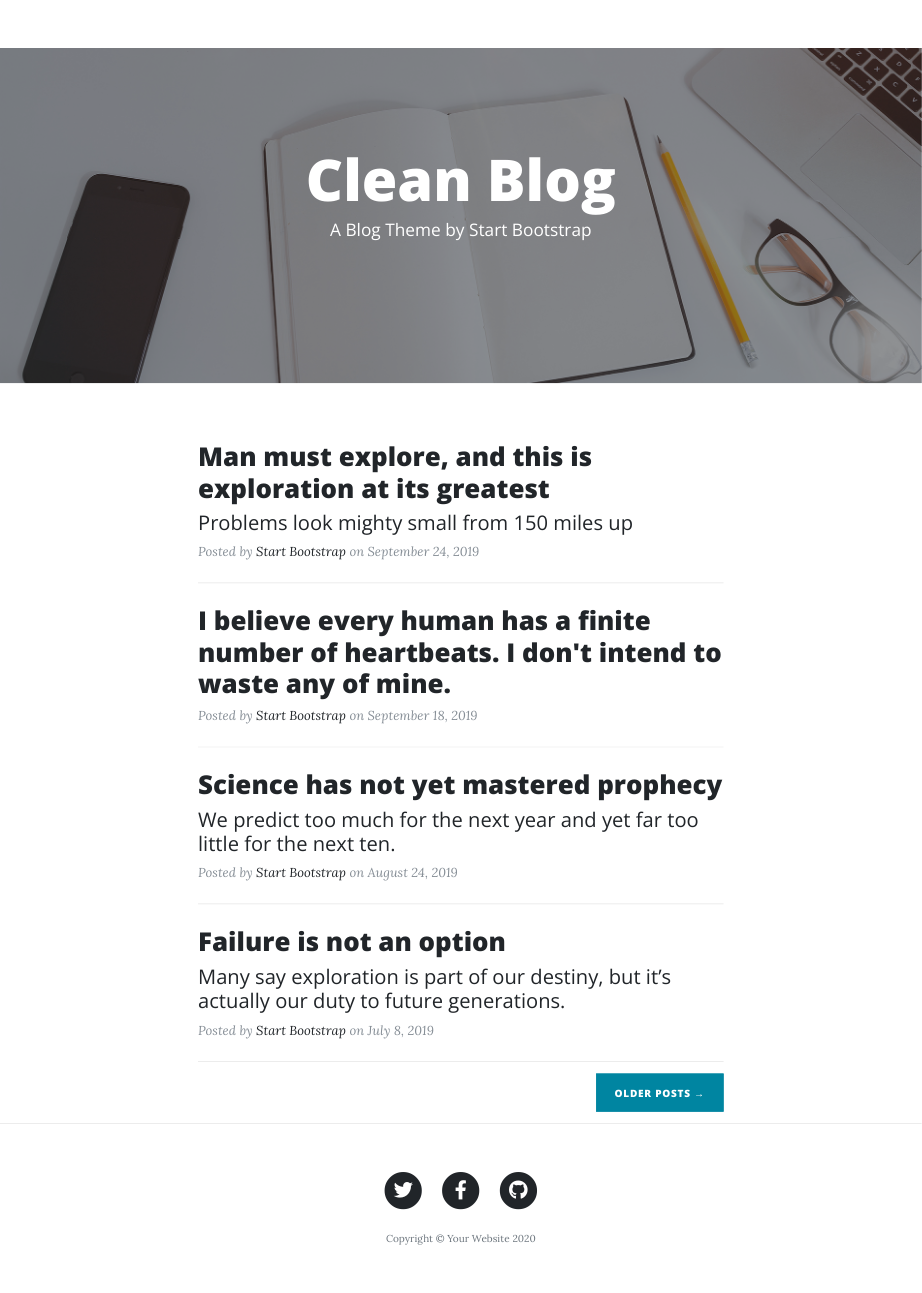
Repository: elvinyeka/elvin-blog
Page: http://localhost/
The author's editor kept a copy of each file at every save. The page is drawn from the files as they stood at one save, then again after the next save.
The browser window is 1280 px wide. The pictures show the whole page, at 72% of full size.
The page is served by the project's application, run on Flask 3 (CLEANBLOG/__init__.py). Other server files are loaded and not shown.

Above is the page before, as saved 2020-10-18 00:39:19.

### CLEANBLOG/templates/index.html
{% extends 'base.html' %} {% block content%}

<!-- Page Header -->
<header class="masthead" style="background-image: url('{{url_for('static', filename = 'img/home-bg.jpg')}}')">
    <div class="overlay"></div>
    <div class="container">
        <div class="row">
            <div class="col-lg-8 col-md-10 mx-auto">
                <div class="site-heading">
                    <h1>Clean Blog</h1>
                    <span class="subheading">A Blog Theme by Start Bootstrap</span>
                </div>
            </div>
        </div>
    </div>
</header>

<!-- Main Content -->
<div class="container">
    <div class="row">
        <div class="col-lg-8 col-md-10 mx-auto">
            <div class="post-preview">
                <a href="post.html">
                    <h2 class="post-title">
                        Man must explore, and this is exploration at its greatest
                    </h2>
                    <h3 class="post-subtitle">
                        Problems look mighty small from 150 miles up
                    </h3>
                </a>
                <p class="post-meta">Posted by
                    <a href="#">Start Bootstrap</a> on September 24, 2019</p>
            </div>
            <hr>
            <div class="post-preview">
                <a href="post.html">
                    <h2 class="post-title">
                        I believe every human has a finite number of heartbeats. I don't intend to waste any of mine.
                    </h2>
                </a>
                <p class="post-meta">Posted by
                    <a href="#">Start Bootstrap</a> on September 18, 2019</p>
            </div>
            <hr>
            <div class="post-preview">
                <a href="post.html">
                    <h2 class="post-title">
                        Science has not yet mastered prophecy
                    </h2>
                    <h3 class="post-subtitle">
                        We predict too much for the next year and yet far too little for the next ten.
                    </h3>
                </a>
                <p class="post-meta">Posted by
                    <a href="#">Start Bootstrap</a> on August 24, 2019</p>
            </div>
            <hr>
            <div class="post-preview">
                <a href="post.html">
                    <h2 class="post-title">
                        Failure is not an option
                    </h2>
                    <h3 class="post-subtitle">
                        Many say exploration is part of our destiny, but it’s actually our duty to future generations.
                    </h3>
                </a>
                <p class="post-meta">Posted by
                    <a href="#">Start Bootstrap</a> on July 8, 2019</p>
            </div>
            <hr>
            <!-- Pager -->
            <div class="clearfix">
                <a class="btn btn-primary float-right" href="#">Older Posts &rarr;</a>
            </div>
        </div>
    </div>
</div>

<hr> {% endblock%}

### CLEANBLOG/templates/base.html
<!DOCTYPE html>
<html lang="en">

<head>

    <meta charset="utf-8">
    <meta name="viewport" content="width=device-width, initial-scale=1, shrink-to-fit=no">
    <meta name="description" content="">
    <meta name="author" content=""> {% if title %}
    <title>Clean Blog - {{title}}</title>
    {% else %}
    <title>Clean Blog</title>
    {% endif %}

    <!-- Bootstrap core CSS -->
    <link href="{{url_for('static', filename='bootstrap.min.css')}}" rel="stylesheet">

    <!-- Custom fonts for this template -->
    <link href="/static/css/all.min.css" rel="stylesheet" type="text/css">
    <link href='https://fonts.googleapis.com/css?family=Lora:400,700,400italic,700italic' rel='stylesheet' type='text/css'>
    <link href='https://fonts.googleapis.com/css?family=Open+Sans:300italic,400italic,600italic,700italic,800italic,400,300,600,700,800' rel='stylesheet' type='text/css'>

    <!-- Custom styles for this template -->
    <link href="{{url_for('static', filename='clean-blog.min.css')}}" rel="stylesheet">

</head>

<body>

    <!-- Navigation -->
    <nav class="navbar navbar-expand-lg navbar-light fixed-top" id="mainNav">
        <div class="container">
            <a class="navbar-brand" href="{{url_for('index')}}">Start Flask</a>
            <button class="navbar-toggler navbar-toggler-right" type="button" data-toggle="collapse" data-target="#navbarResponsive" aria-controls="navbarResponsive" aria-expanded="false" aria-label="Toggle navigation">
        Menu
        <i class="fas fa-bars"></i>
      </button>
            <div class="collapse navbar-collapse" id="navbarResponsive">
                <ul class="navbar-nav ml-auto">
                    <li class="nav-item">
                        <a class="nav-link" href="{{url_for('index')}}">Home</a>
                    </li>
                    <li class="nav-item">
                        <a class="nav-link" href="{{url_for('about')}}">About</a>
                    </li>
                    <li class="nav-item">
                        <a class="nav-link" href="{{url_for('post')}}">Sample Post</a>
                    </li>
                    <li class="nav-item">
                        <a class="nav-link" href="{{url_for('contact')}}">Contact</a>
                    </li>
                    <li class="nav-item">
                        <a class="nav-link" href="{{url_for('register')}}">REGISTER</a>
                    </li>
                </ul>
            </div>
        </div>
    </nav>

    {% block content%} {% endblock%}


    <!-- Footer -->
    <footer>
        <div class="container">
            <div class="row">
                <div class="col-lg-8 col-md-10 mx-auto">
                    <ul class="list-inline text-center">
                        <li class="list-inline-item">
                            <a href="#">
                                <span class="fa-stack fa-lg">
                  <i class="fas fa-circle fa-stack-2x"></i>
                  <i class="fab fa-twitter fa-stack-1x fa-inverse"></i>
                </span>
                            </a>
                        </li>
                        <li class="list-inline-item">
                            <a href="#">
                                <span class="fa-stack fa-lg">
                  <i class="fas fa-circle fa-stack-2x"></i>
                  <i class="fab fa-facebook-f fa-stack-1x fa-inverse"></i>
                </span>
                            </a>
                        </li>
                        <li class="list-inline-item">
                            <a href="#">
                                <span class="fa-stack fa-lg">
                  <i class="fas fa-circle fa-stack-2x"></i>
                  <i class="fab fa-github fa-stack-1x fa-inverse"></i>
                </span>
                            </a>
                        </li>
                    </ul>
                    <p class="copyright text-muted">Copyright &copy; Your Website 2020</p>
                </div>
            </div>
        </div>
    </footer>

    <!-- Bootstrap core JavaScript -->
    <script src="{{url_for('static', filename='jquery.min.js')}}"></script>
    <script src="{{url_for('static', filename='bootstrap.bundle.min.js')}}"></script>

    <!-- Custom scripts for this template -->
    <script src="{{url_for('static', filename='clean-blog.min.js')}}"></script>

</body>

</html>

### CLEANBLOG/routes.py
from flask import render_template
from CLEANBLOG import app
from CLEANBLOG.forms import RegisterForm, LoginForm


@app.route('/')
def index():
    return render_template('index.html', title = 'HOME')

@app.route('/about')
def about():
    return render_template('about.html',title = 'ABOUT')

@app.route('/post')
def post():
    return render_template('post.html', title = 'POST')

@app.route('/contact')
def contact():
    return render_template('contact.html', title = 'CONTACT')

@app.route('/register')
def register():
    form = RegisterForm()
    return render_template('register.html', title = 'REGISTER', form=form)

@app.route('/login')
def login():
    form = LoginForm()
    return render_template('login.html', title = 'LOGIN', form=form)

### CLEANBLOG/__init__.py
from flask import Flask
from flask_sqlalchemy import SQLAlchemy

app = Flask(__name__)
app.config['SECRET_KEY'] = 'mysecretkey'
app.config['SQLALCHEMY_DATABASE_URI'] = 'sqlite:///blog.db'

from CLEANBLOG import  routes

Loaded but not shown: CLEANBLOG/static/bootstrap.min.css (library); CLEANBLOG/static/css/all.min.css (library); CLEANBLOG/static/clean-blog.min.css (library); CLEANBLOG/static/jquery.min.js (library); CLEANBLOG/static/bootstrap.bundle.min.js (library); CLEANBLOG/static/clean-blog.min.js (common file)

After the next save:
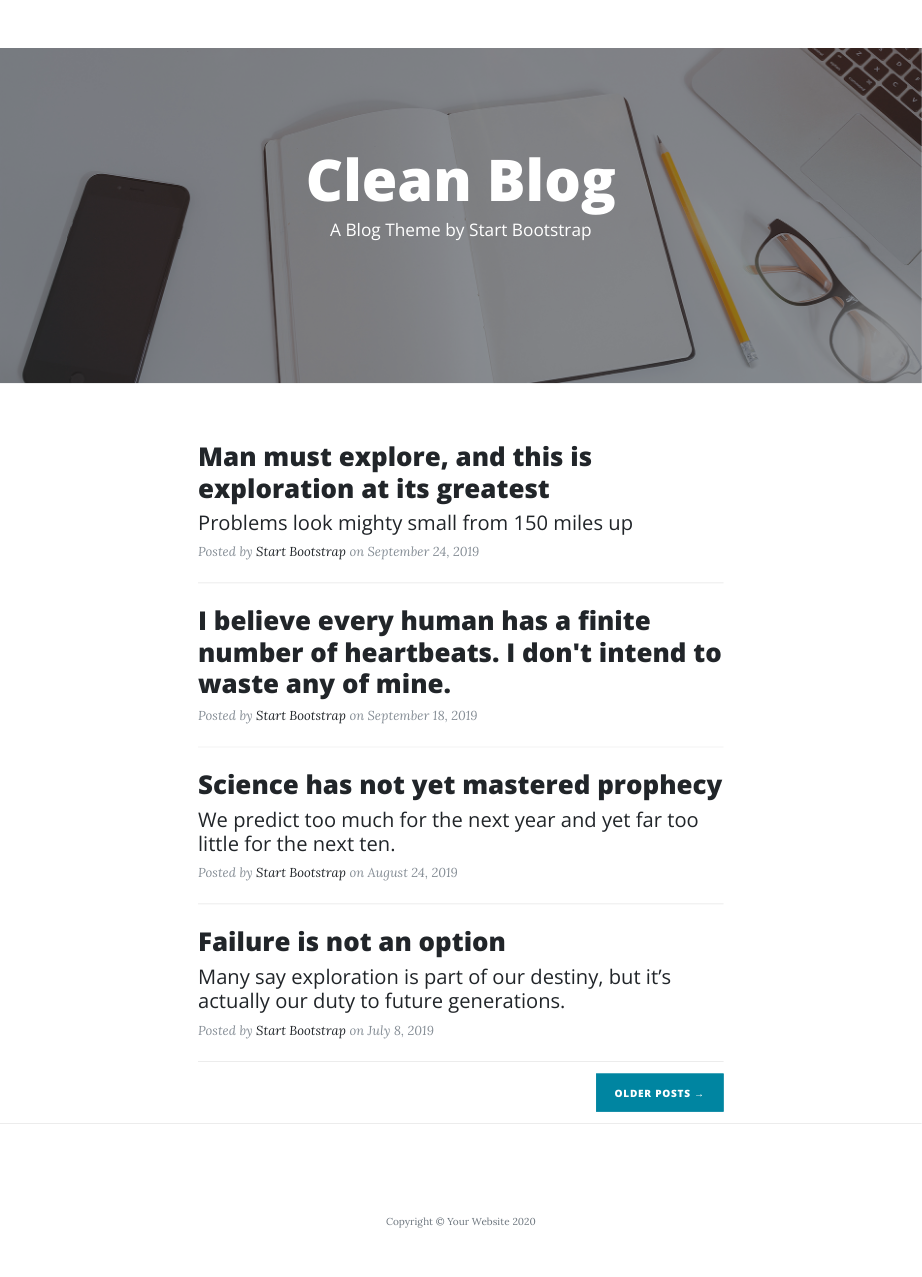
Not found: static/all.min.css
Saved 82 s later.
--- a/CLEANBLOG/templates/base.html
+++ b/CLEANBLOG/templates/base.html
@@ -16,7 +16,7 @@
     <link href="{{url_for('static', filename='bootstrap.min.css')}}" rel="stylesheet">
 
     <!-- Custom fonts for this template -->
-    <link href="/static/css/all.min.css" rel="stylesheet" type="text/css">
+    <link href="/static/all.min.css" rel="stylesheet" type="text/css">
     <link href='https://fonts.googleapis.com/css?family=Lora:400,700,400italic,700italic' rel='stylesheet' type='text/css'>
     <link href='https://fonts.googleapis.com/css?family=Open+Sans:300italic,400italic,600italic,700italic,800italic,400,300,600,700,800' rel='stylesheet' type='text/css'>
 

After the save that followed:
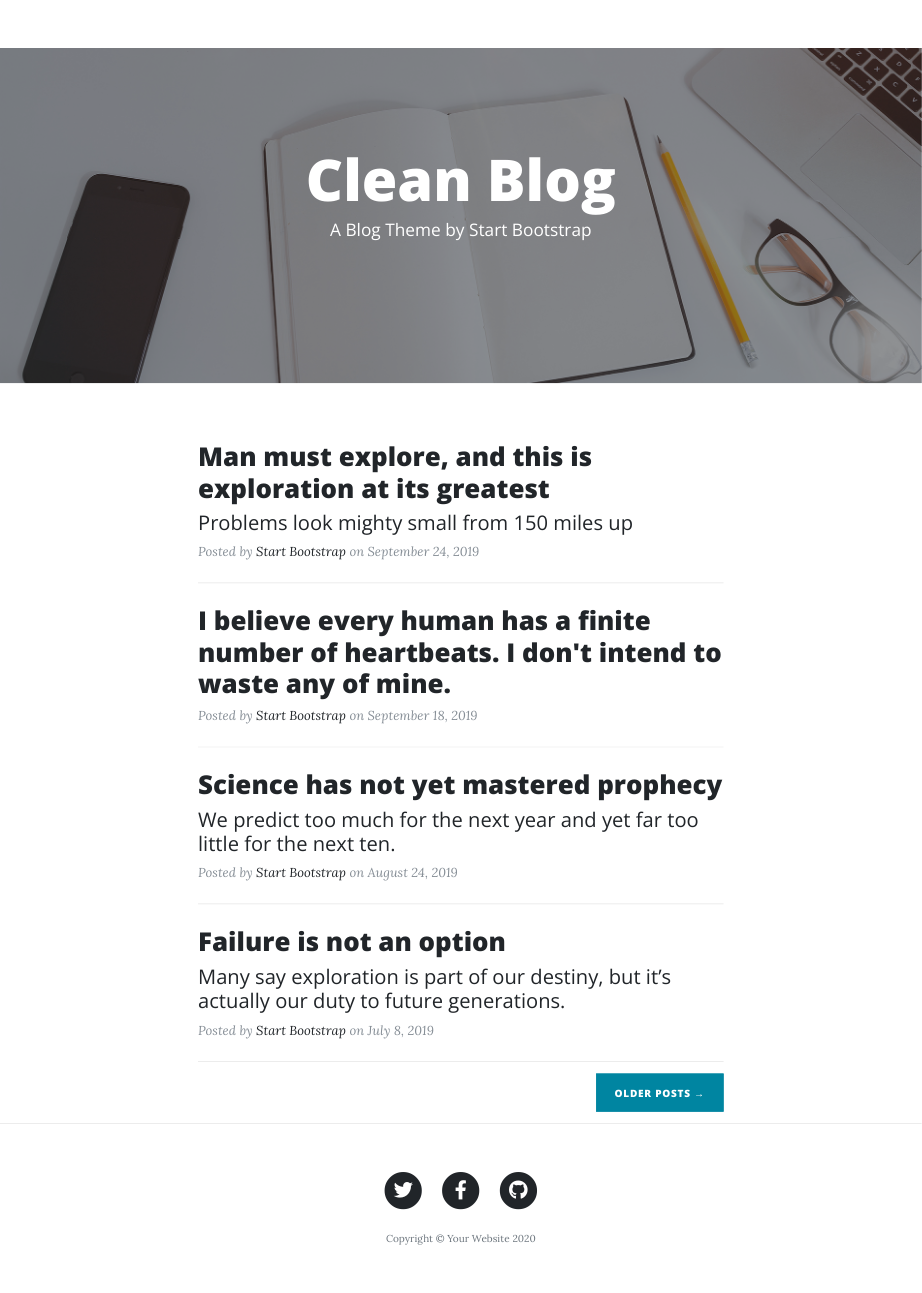
Saved 50 s later.
--- a/CLEANBLOG/templates/base.html
+++ b/CLEANBLOG/templates/base.html
@@ -16,7 +16,7 @@
     <link href="{{url_for('static', filename='bootstrap.min.css')}}" rel="stylesheet">
 
     <!-- Custom fonts for this template -->
-    <link href="/static/all.min.css" rel="stylesheet" type="text/css">
+    <link href="/static/css/all.min.css" rel="stylesheet" type="text/css">
     <link href='https://fonts.googleapis.com/css?family=Lora:400,700,400italic,700italic' rel='stylesheet' type='text/css'>
     <link href='https://fonts.googleapis.com/css?family=Open+Sans:300italic,400italic,600italic,700italic,800italic,400,300,600,700,800' rel='stylesheet' type='text/css'>
 
